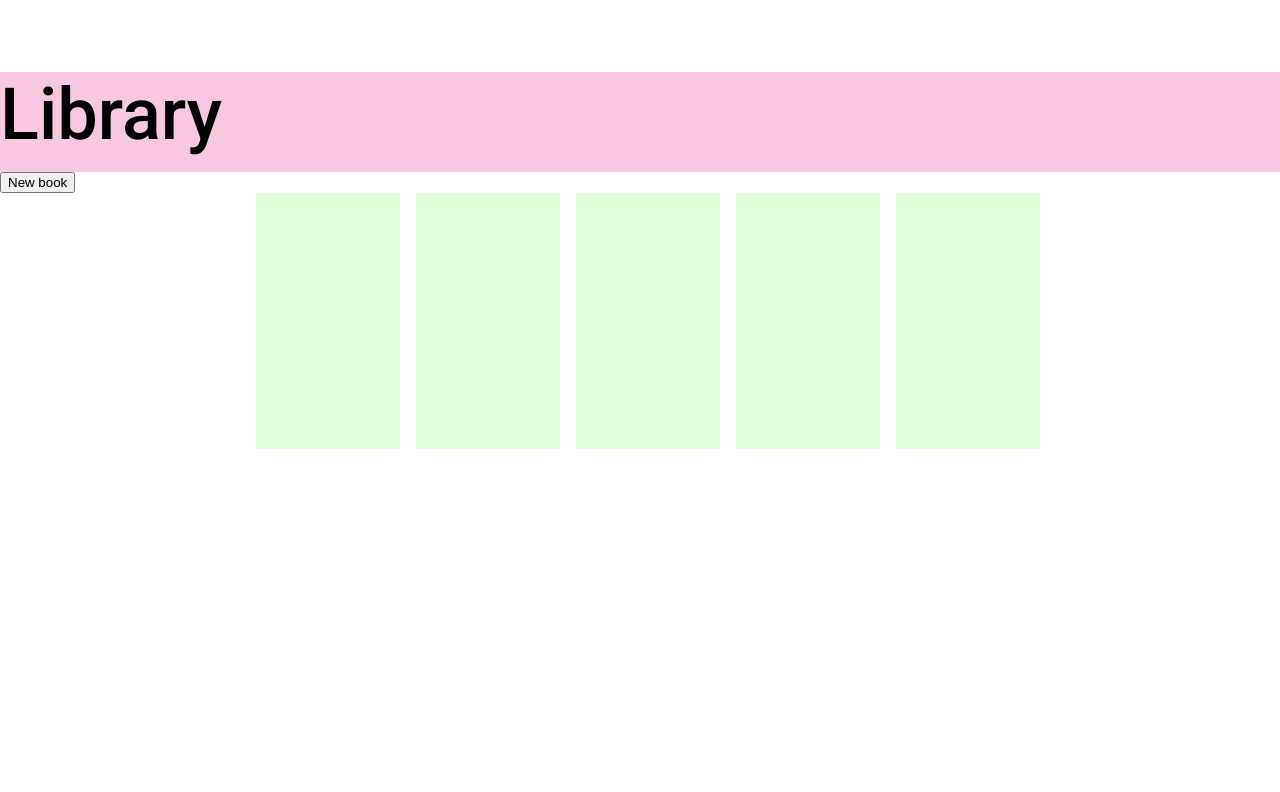
Repository: yeetzpxoci/library
Page: index.html
These files come from the project's save history. The page is drawn as it stood at one moment and after the next save; the edit follows.
The browser window is 1280 px wide. The pictures show the whole page.

Above is the page before, as saved 2023-02-21 14:44:15.

After the next save:
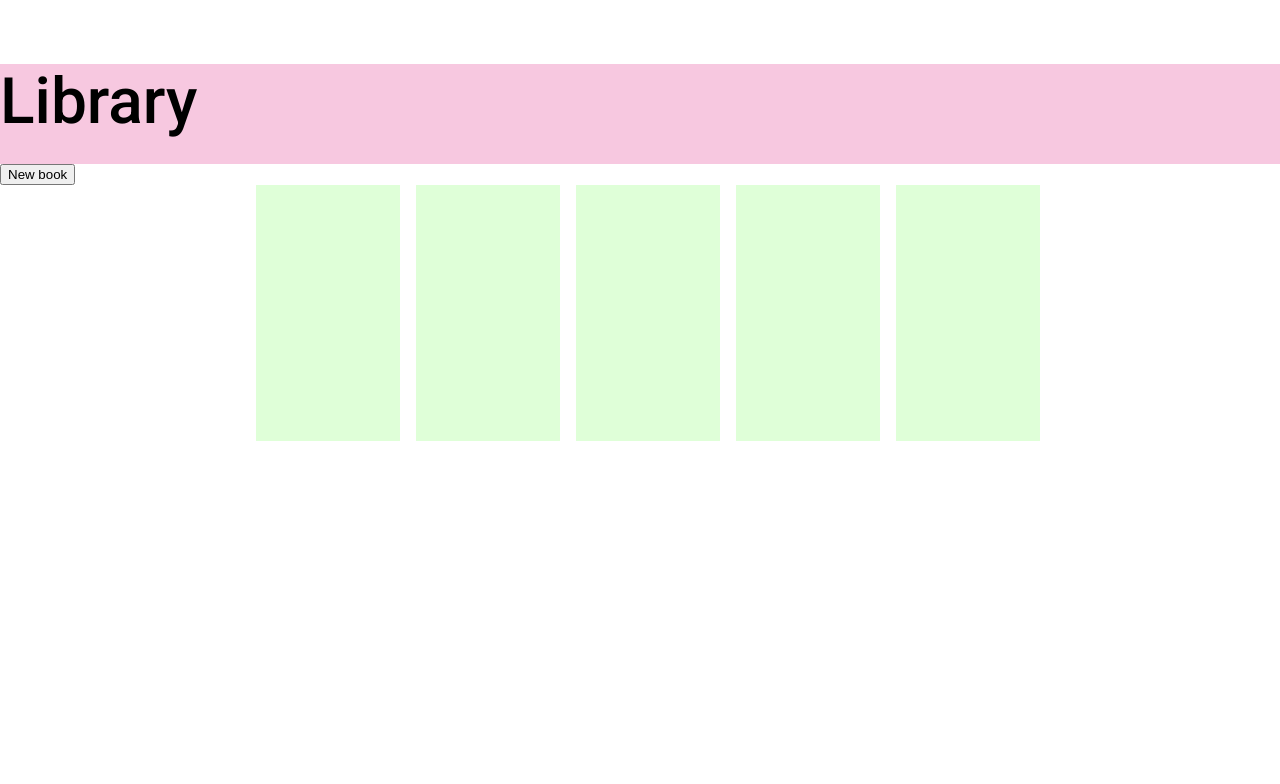
Saved 7 s later.
--- a/styles.css
+++ b/styles.css
@@ -16,7 +16,7 @@ body {
 }
 
 .header p {
-    font-size: 72px;
+    font-size: 64px;
 }
 
 #addBook {
